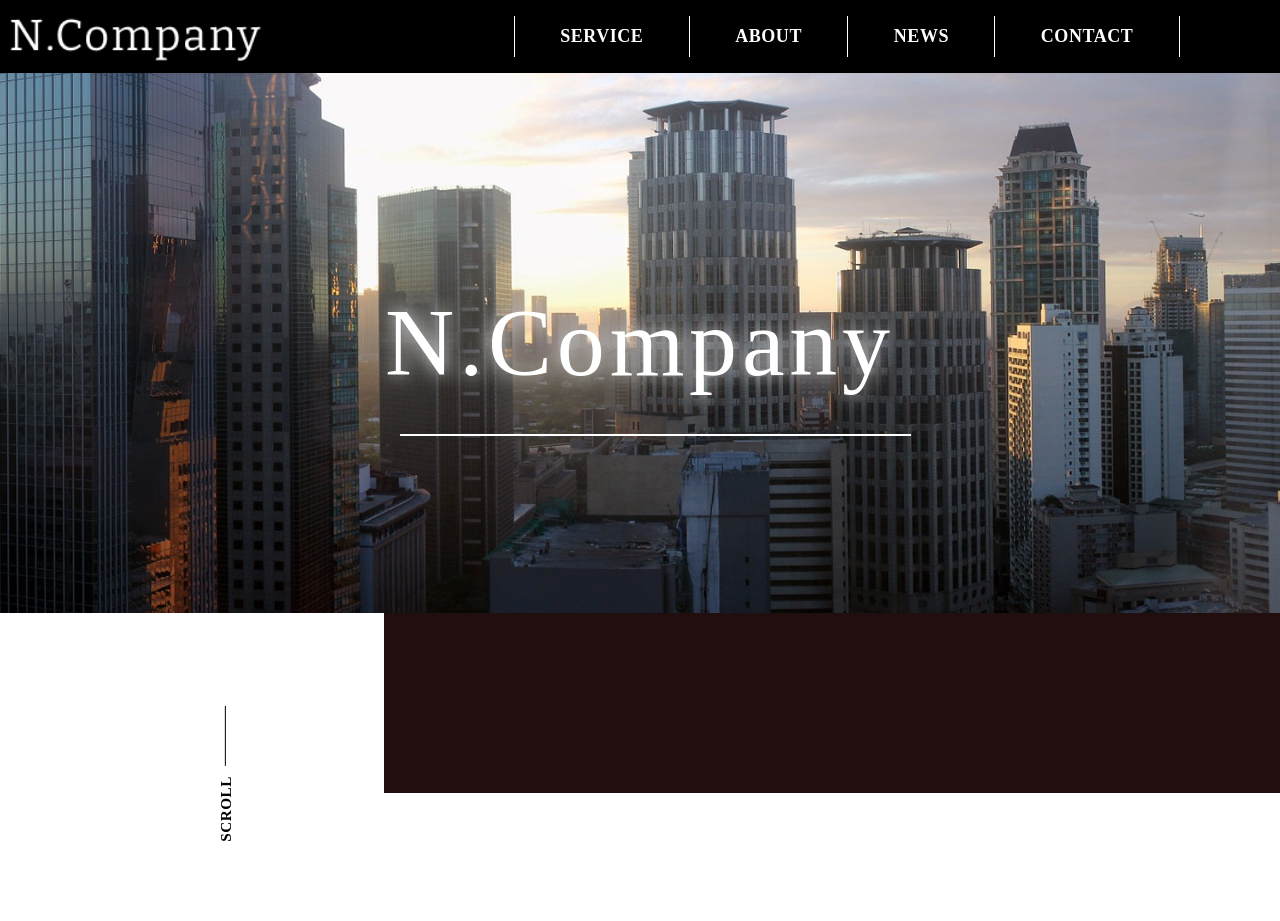
Repository: nozomi-23/hp2_test
Page: index.html
An editor plug-in stored every save of this project. The page is shown before and after the next save, followed by the edit.
The browser window is 1280 px wide. The pictures show the whole page.
Some web fonts or font styles are not loaded; a fallback is used.

Above is the page before, as saved 2022-06-24 20:27:00.

After the next save:
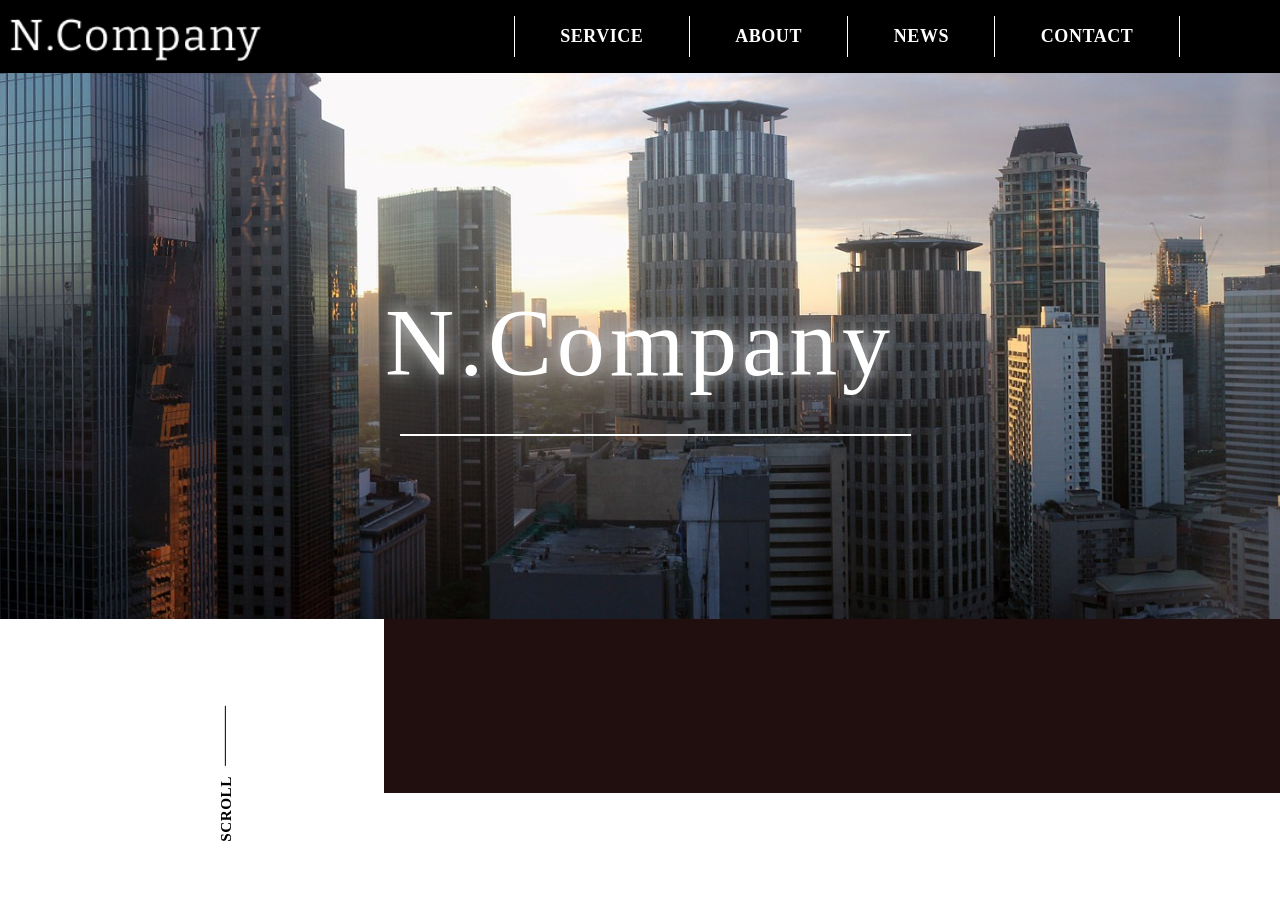
Saved 40 s later.
--- a/css/index.css
+++ b/css/index.css
@@ -28,7 +28,7 @@
 
 .bg_img_wrapper img {
   width: 100%;
-  height: 100%;
+  height: auto;
 }
 
 .top_ttl {

After the save that followed:
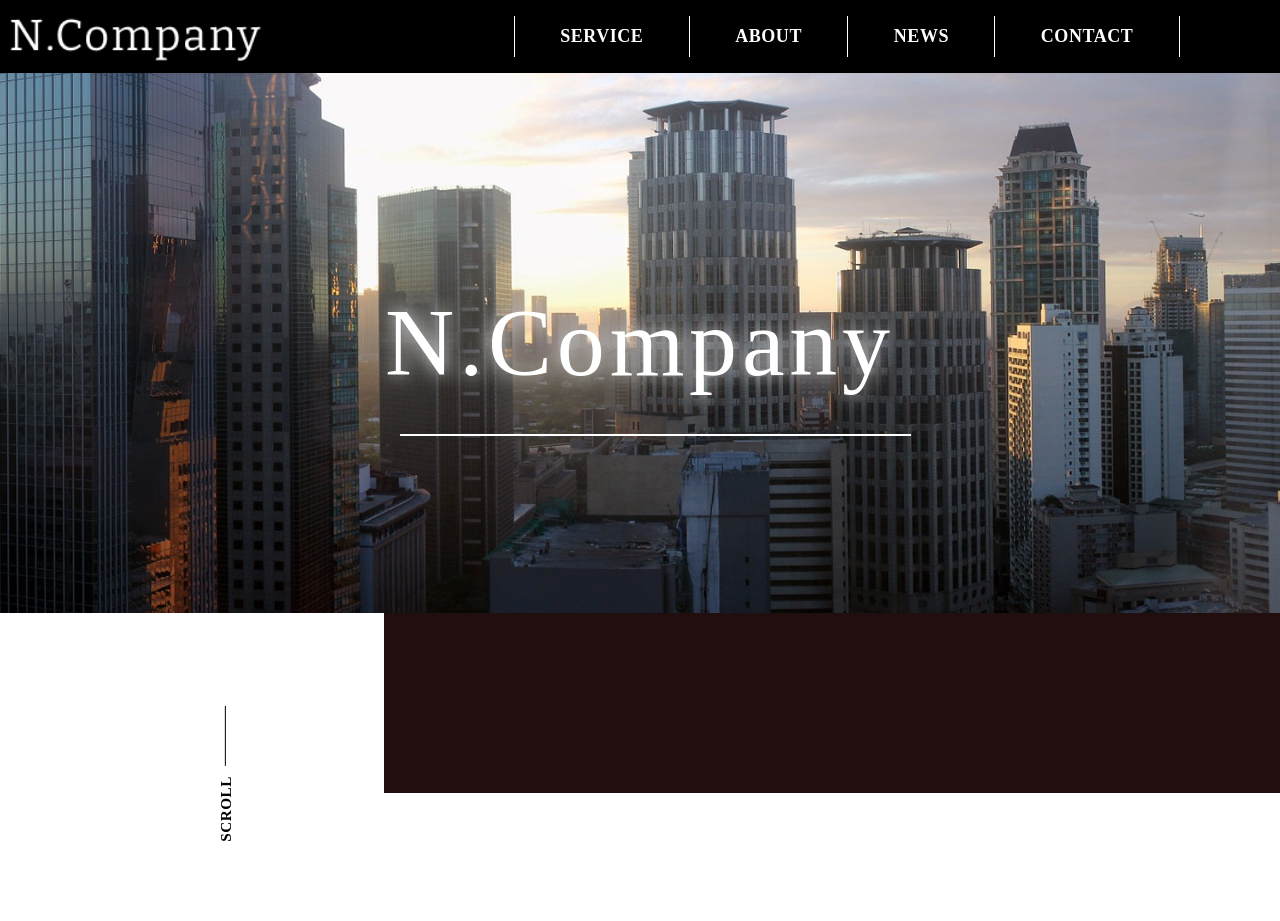
Saved 17 s later.
--- a/css/index.css
+++ b/css/index.css
@@ -28,7 +28,7 @@
 
 .bg_img_wrapper img {
   width: 100%;
-  height: auto;
+  height: 100%;
 }
 
 .top_ttl {
